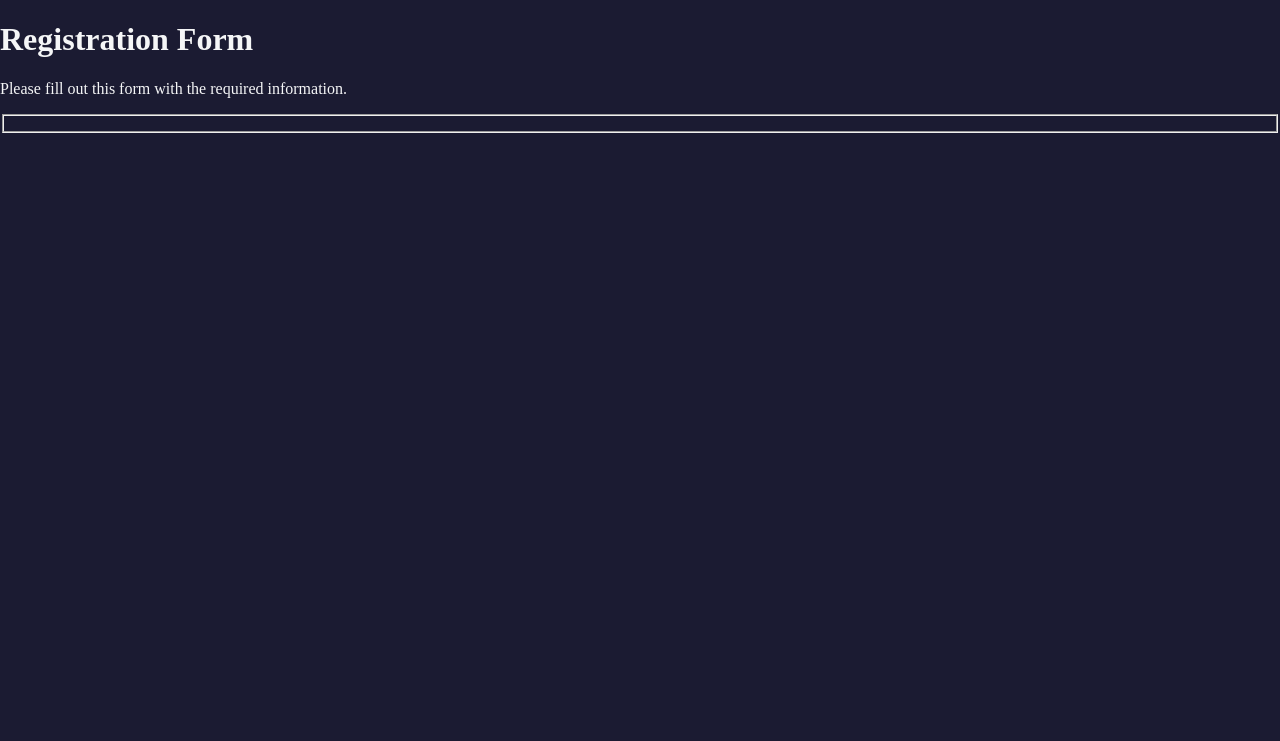
Repository: Lungdjos/registration_form
Page: index.html
These files come from the project's save history. The page is drawn as it stood at one moment and after the next save; the edit follows.
The browser window is 1280 px wide. The pictures show the whole page.

Above is the page before, as saved 2023-09-28 14:20:51.

After the next save:
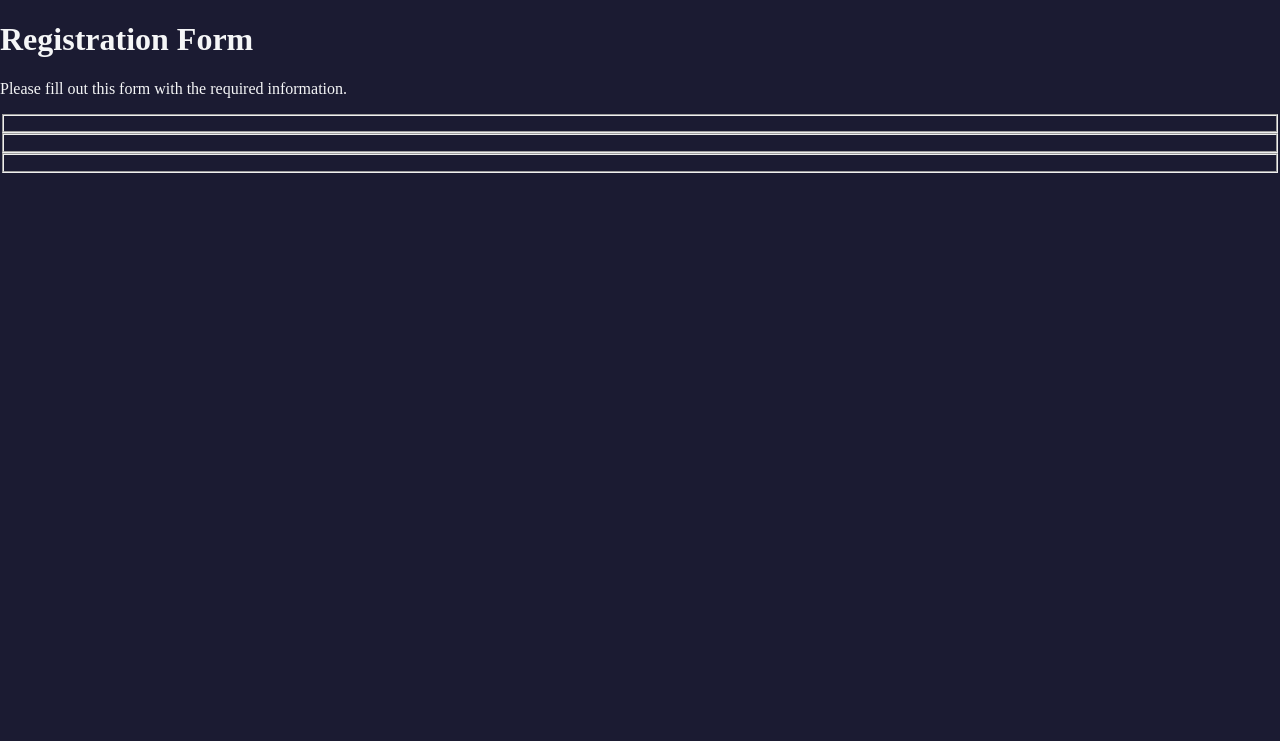
Saved 4 min 18 s later.
--- a/index.html
+++ b/index.html
@@ -13,6 +13,8 @@
     <p>Please fill out this form with the required information.</p>
     <form action="https://register-demo.freecodecamp.org" method="post">
         <fieldset></fieldset>
+        <fieldset></fieldset>
+        <fieldset></fieldset>
     </form>
 </body>
 
